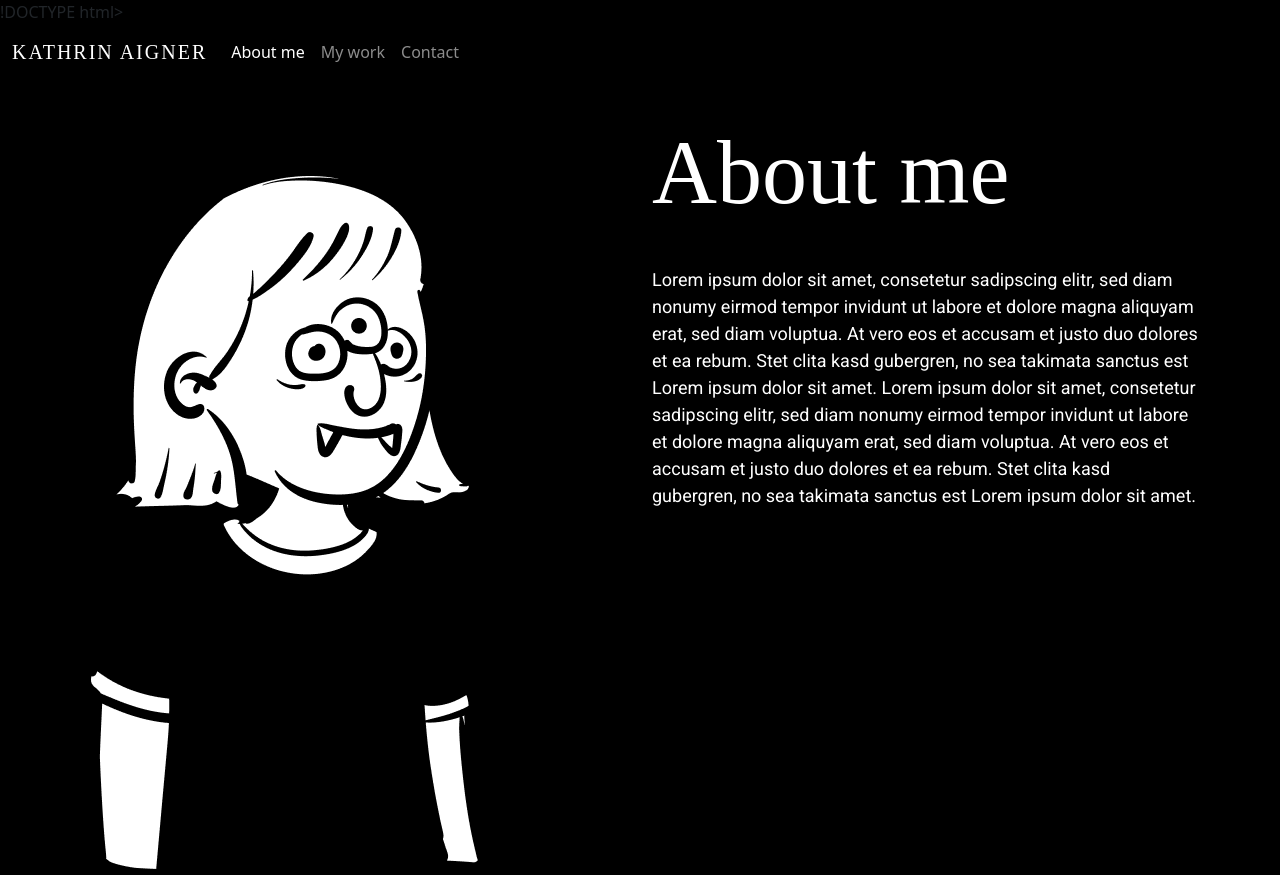
Repository: kathrin-aigner/Portfolio-2022
Page: about.html
An editor plug-in stored every save of this project. The page is shown before and after the next save, followed by the edit.
The browser window is 1280 px wide. The pictures show the whole page.
Some web fonts or font styles are not loaded; a fallback is used. Some web libraries are served in a nearby version.

Above is the page before, as saved 2022-03-28 11:21:10.

After the next save:
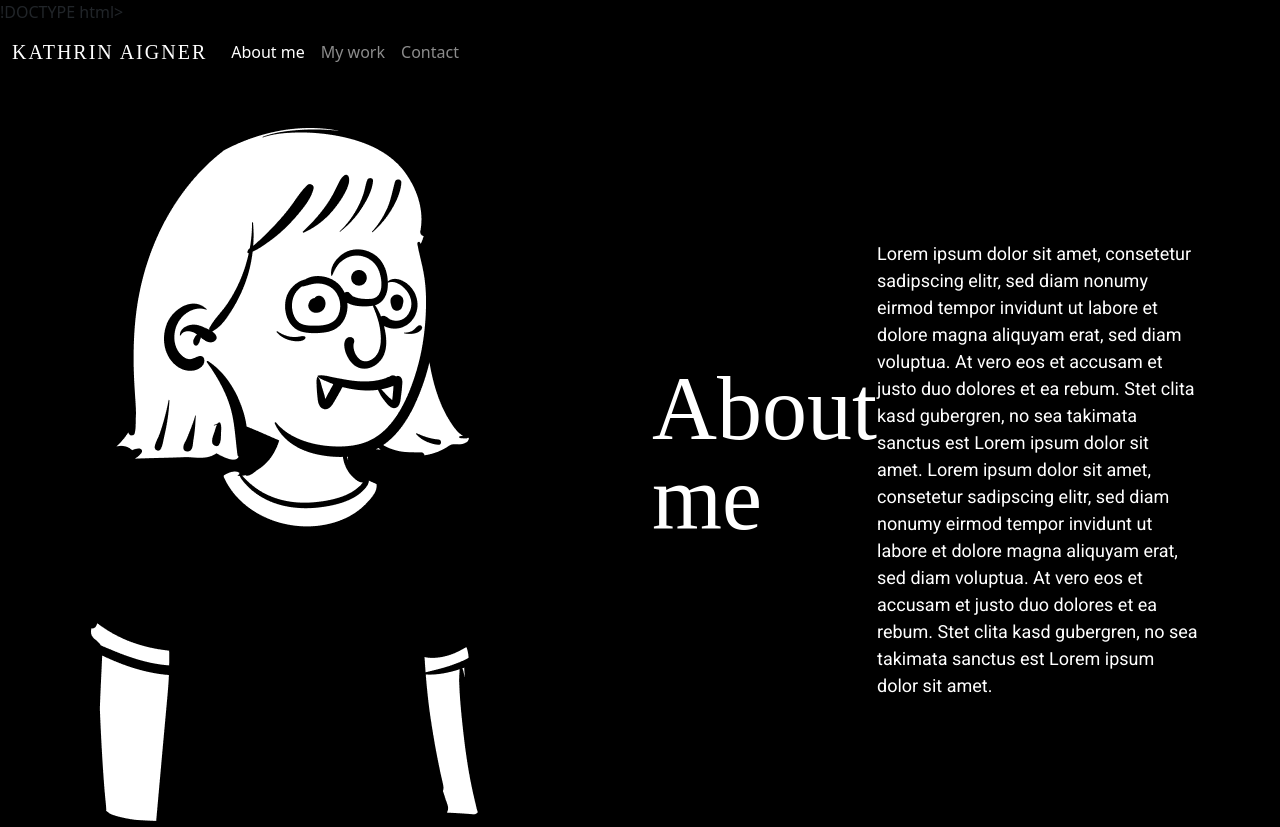
Saved 15 s later.
--- a/about.html
+++ b/about.html
@@ -73,10 +73,10 @@
     </nav>
    <div class="container mt-5">
      <div class="row">
-      <div class="col-md mt-5">
+      <div class="col-md">
 <img src="/images/illustrated-me.png" alt="illustrated girl with three eyes and vampire fangs">
       </div>
-      <div class="col-md">
+      <div class="d-flex align-items-center col-md">
         <div class="header-page mb-5">
           About me
         </div>
